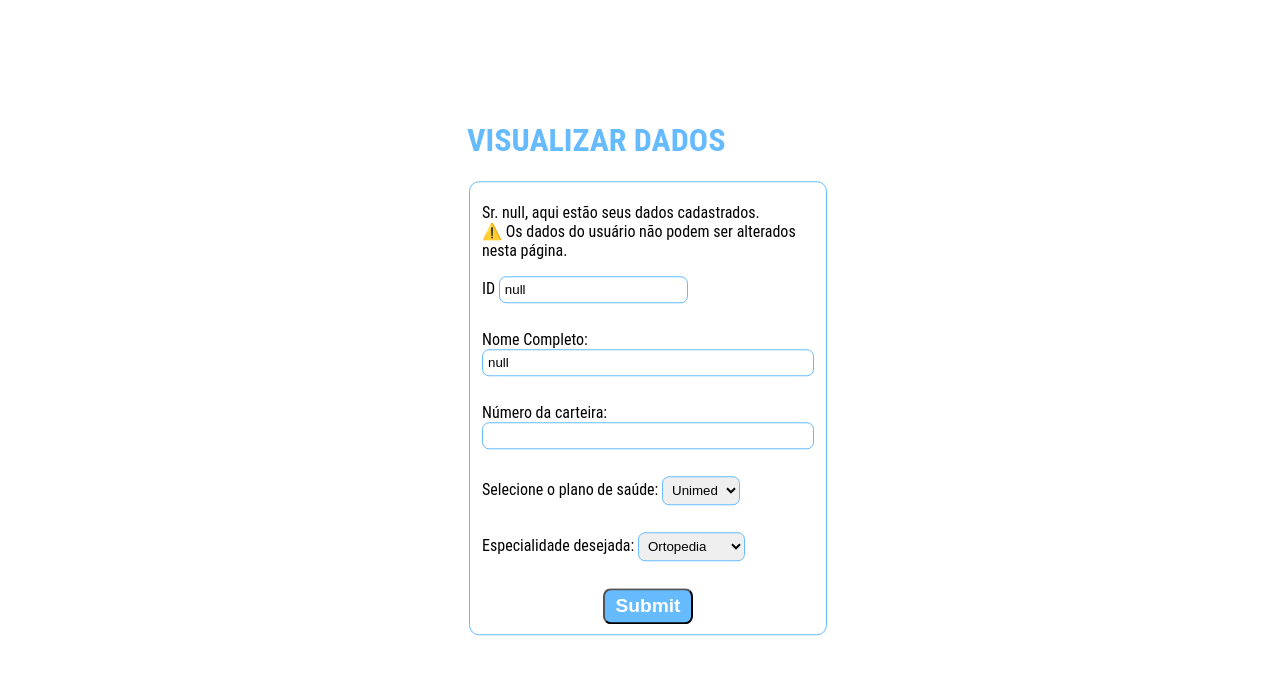
Repository: ohenriquesouza/HospitalCRUD-using-JavaEE
Page: http://localhost/JSP_test/view.jsp
The author's editor kept a copy of each file at every save. The page is drawn from the files as they stood at one save, then again after the next save.
The browser window is 1280 px wide. The pictures show the whole page.
Some web fonts or font styles are not loaded; a fallback is used. The page is served by Tomcat 10. Other server files are loaded and not shown. The template is opened directly, without the code that normally fills it, so the values that code supplies are empty.

Above is the page before, as saved 2022-12-28 17:02:34.

### JSP_test/src/main/webapp/view.jsp
<%@ page language="java" contentType="text/html; charset=utf-8"
	pageEncoding="utf-8"%>
<!DOCTYPE html>
<html>
<head>
<meta charset="utf-8">
<title>Editar dados consulta</title>
<link rel="stylesheet" href="style.css">
<style>
fieldset {
	border-radius: 10px;
	border: 1px solid #66bbff;
}

.input_name {
	width: 320px;
	padding: 5px;
	margin-bottom: 8px;
	border: 1px solid #66bbff;
	border-radius: 7px;
}

.input_nmCarteira {
	width: 320px;
	padding: 5px;
	margin-bottom: 8px;
	border: 1px solid #66bbff;
	border-radius: 7px;
}

.input_plano {
	padding: 5px;
	margin-bottom: 8px;
	border: 1px solid #66bbff;
	border-radius: 7px;
}

.input_espec {
	padding: 5px;
	margin-bottom: 8px;
	border: 1px solid #66bbff;
	border-radius: 7px;
}
.input_id {
	padding: 5px;
	margin-bottom: 8px;
	border: 1px solid #66bbff;
	border-radius: 7px;
}
</style>
</head>
<body>
	<div class="box">
		<h1>VISUALIZAR DADOS</h1>
		<form name="formConsulta" action="edit">
			<fieldset>
			<p>Sr. <%out.print(request.getAttribute("nome")); %>, aqui estão seus dados cadastrados.<br>⚠️ Os dados do usuário não podem ser alterados nesta página.</p>
				<div class="input_box">
					<label for="nome">ID</label> <input type="text"
						value="<%out.print(request.getAttribute("idPaciente")); %>" name="iduser" id="iduser" class="input_id" readonly></input>
				</div>
				<br>
				<div class="input_box">
					<label for="nome">Nome Completo:</label> <input type="text"
						 value="<%out.print(request.getAttribute("nome")); %>" name="nome" id="nome" class="input_name" readonly></input>
				</div>
				<br>
				<div class="input_box">
					<label for="NmCarteira">Número da carteira:</label> <input
						type="number" value="<%out.print(request.getAttribute("NmCarteira")); %>" name="NmCarteira" id="NmCarteira"
						class="input_nmCarteira" readonly></input>
				</div>
				<br>
				<div class="input_box">
					<label for="">Selecione o plano de saúde:</label> <select
						 value="<%out.print(request.getAttribute("PlanSaude")); %>" name="plan" id="plan" class="input_plano" readonly>
						<option value="01">Unimed</option>
						<option value="02">Amil</option>
						<option value="03">GNDI</option>
					</select>
				</div>
				<br>
				<div class="input_box">
					<label for="">Especialidade desejada:</label> <select  name="especs"
						id="especs" class="input_espec" readonly>
						<option value="01">Ortopedia</option>
						<option value="02">Pediatria</option>
						<option value="03">Clínica geral</option>
					</select>
				</div>
				<br>
				<center>
					<input class="botao1" type="submit" onclick="validar(event)"></input>
				</center>
			</fieldset>
		</form>
	</div>
	<script src="scripts/validacao.js"></script>
</body>
</html>

### JSP_test/src/main/webapp/style.css
@charset "utf-8";
@import url('https://fonts.googleapis.com/css2?family=Roboto+Condensed:wght@300&display=swap');
body{
    position: absolute;
    top: 50%;
    left: 50%;
    transform: translate(-50%, -50%);
	font-size: 1em;
	font-weight: 400;
	font-family: 'Roboto Condensed', sans-serif;
}
h1{
	color: #66bbff;
}
.botao1{
	text-decoration: none;
	background-color: #66bbff;
	padding: 5px 10px 5px 10px;
	color: #fff;
	font-size: 1.2em;
	font-weight: 700;
	border-radius: 8px;
	cursor: pointer;
}
.botao2{
	text-decoration: none;
	background-color: #DB4437;
	padding: 5px 10px 5px 10px;
	color: #fff;
	font-size: 1.2em;
	font-weight: 700;
	border-radius: 8px;
	cursor: pointer;
}
.botao3{
	text-decoration: none;
	background-color: #74848b;
	padding: 5px 10px 5px 10px;
	color: #fff;
	font-size: 1.2em;
	font-weight: 700;
	border-radius: 8px;
	cursor: pointer;
}
.botao4{
	text-decoration: none;
	background-color: #a1995e;
	padding: 5px 10px 5px 10px;
	color: #fff;
	font-size: 1.2em;
	font-weight: 700;
	border-radius: 8px;
	cursor: pointer;
}
.imgpdf{
	padding:2px;
	margin-top:2px;
}
 .box{
                position: absolute;
                top: 50%;
                left: 50%;
                transform: translate(-50%, -50%);
                padding: 15px;
                border-radius: 10px;
}
#tabela{
	margin-top: 30px;
	border-collapse: collapse;
}
#tabela th{
	border: 1px solid #ddd;
	padding: 10px;
	text-align: left;
	background-color: #66bbff;
	color:#fff;
}
#tabela td{
	border: 1px solid #ddd;
	padding: 10px;
}

### JSP_test/src/main/webapp/scripts/validacao.js
function validar(e){
	//alert('teste')
	let nome = formConsulta.nome.value
	let carteira = formConsulta.NmCarteira.value
	if(nome == ""){
		alert('Preencha o campo "Nome"')
		formConsulta.nome.focus()
		e.preventDefault()
	}else if(carteira == ""){
		alert('Preencha o campo "Número da Carteira"')
		formConsulta.NmCarteira.focus()
		e.preventDefault()
	}else{
		document.forms["formConsulta"].submit()
	}
}

After the next save:
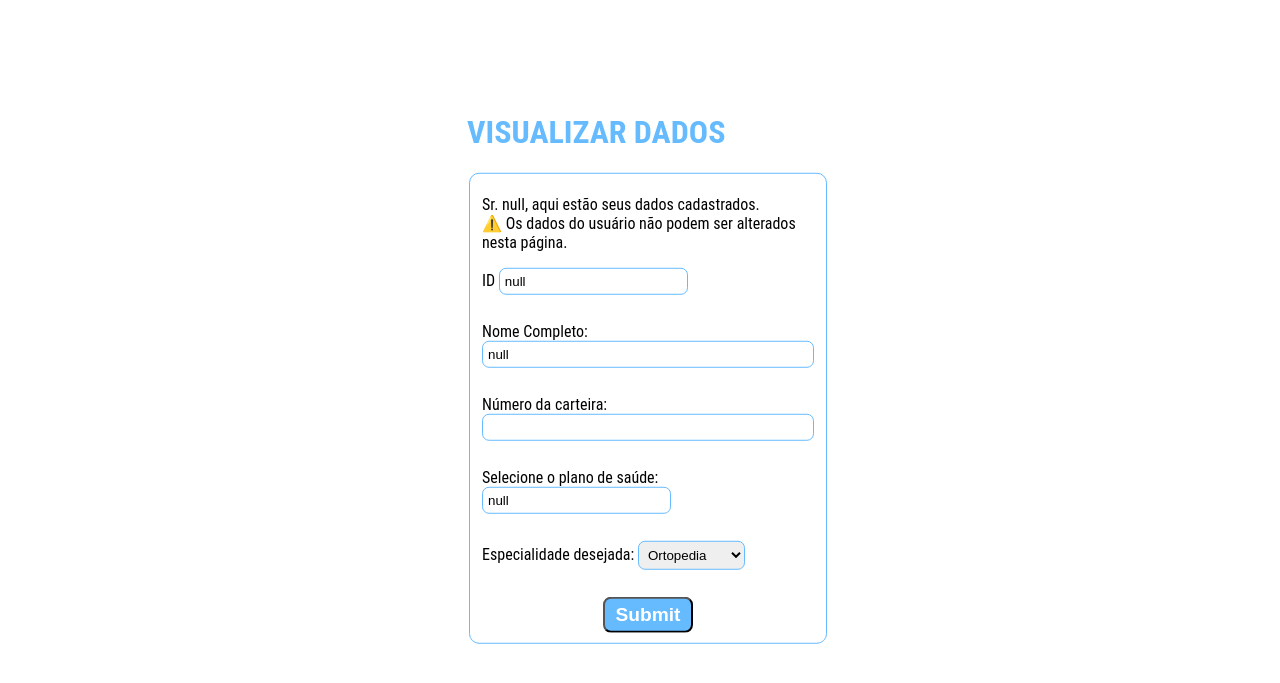
Saved 34 s later.
--- a/JSP_test/src/main/webapp/view.jsp
+++ b/JSP_test/src/main/webapp/view.jsp
@@ -72,12 +72,9 @@ fieldset {
 				</div>
 				<br>
 				<div class="input_box">
-					<label for="">Selecione o plano de saúde:</label> <select
+					<label for="">Selecione o plano de saúde:</label> <input type="text"
 						 value="<%out.print(request.getAttribute("PlanSaude")); %>" name="plan" id="plan" class="input_plano" readonly>
-						<option value="01">Unimed</option>
-						<option value="02">Amil</option>
-						<option value="03">GNDI</option>
-					</select>
+					</input>
 				</div>
 				<br>
 				<div class="input_box">
